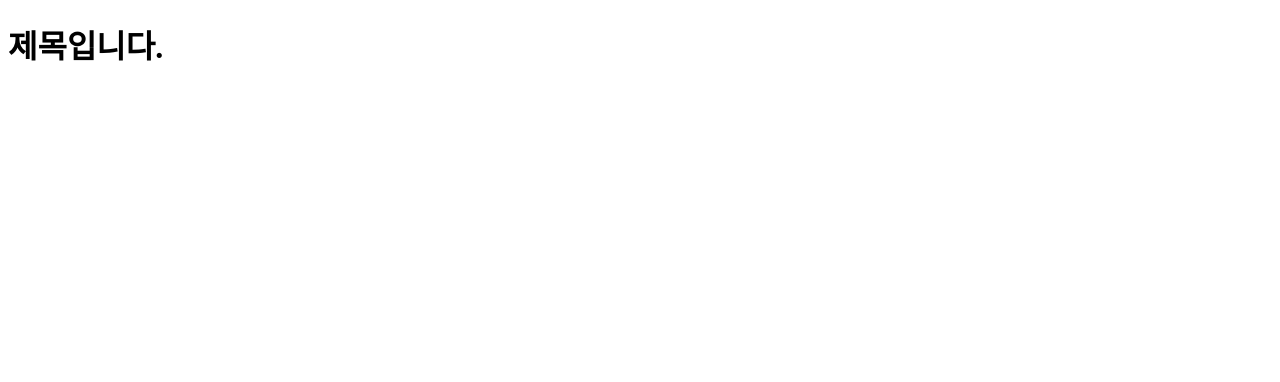
Repository: zzzzzzin/Client
Page: ClientTest/src/main/webapp/html/ex06_heading.html
The author's editor kept a copy of each file at every save. The page is drawn from the files as they stood at one save, then again after the next save.
The browser window is 1280 px wide. The pictures show the whole page.

Above is the page before, as saved 2024-03-12 08:37:59.

After the next save:
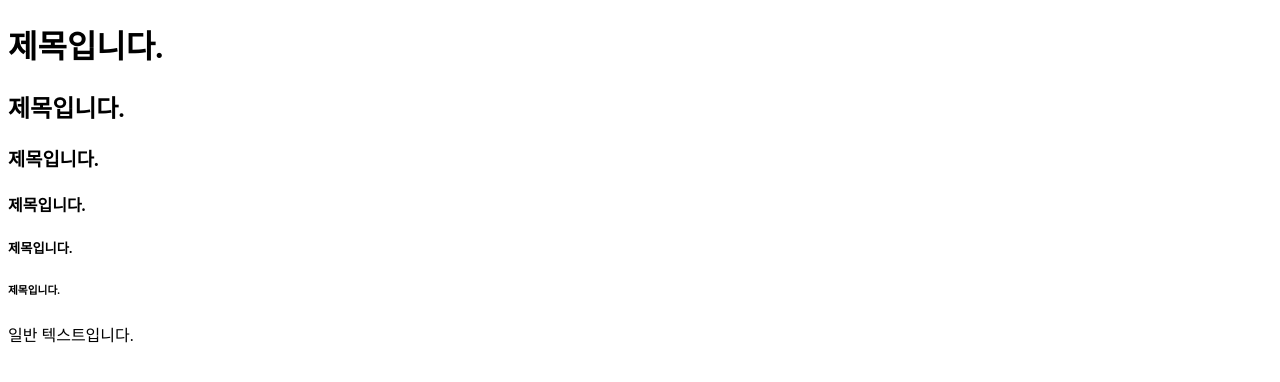
Saved 51 s later.
--- a/ClientTest/src/main/webapp/html/ex06_heading.html
+++ b/ClientTest/src/main/webapp/html/ex06_heading.html
@@ -21,6 +21,13 @@
 
 	-->
 	<h1>제목입니다.</h1>
+	<h2>제목입니다.</h2>
+	<h3>제목입니다.</h3>
+	<h4>제목입니다.</h4>
+	<h5>제목입니다.</h5>
+	<h6>제목입니다.</h6>
+
+	일반 텍스트입니다.
 
 </body>
 </html>
